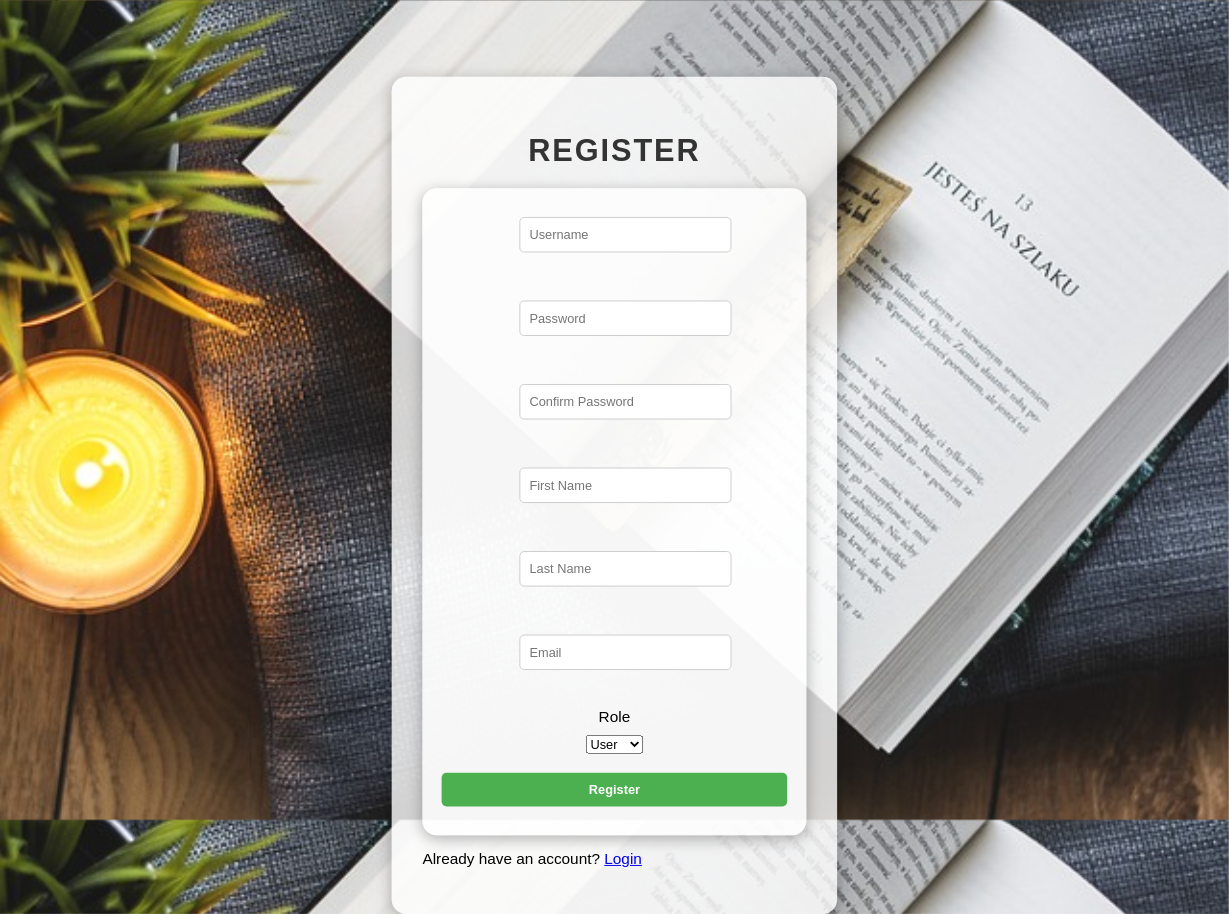
Repository: pavitrapai10/Library_Management_System
Page: http://localhost/register.php
An editor plug-in stored every save of this project. The page is shown before and after a run of saves, followed by the edit.
The browser window is 1280 px wide. The pictures show the whole page, at 96% of full size.
Backgrounds fixed to the window are drawn as part of the page. The page is run by PHP 8.4 with error messages shown; the project is at /var/www/html/.

Above is the page before, as saved 2025-02-06 10:57:04.

### register.php
<?php
include 'db.php';
$error = '';

if ($_SERVER['REQUEST_METHOD'] == 'POST') {
    $username = trim($_POST['username']);
    $password = trim($_POST['password']);
    $confirmPassword = trim($_POST['confirmPassword']);
    $first_name = trim($_POST['first_name']);
    $last_name = trim($_POST['last_name']);
    $email = trim($_POST['email']);
    $role_name = trim($_POST['role']);

    // Get the role ID based on role name
    $role_query = $conn->prepare("SELECT id FROM roles WHERE role_name = ?");
    $role_query->bind_param("s", $role_name);
    $role_query->execute();
    $role_query->store_result();
    $role_query->bind_result($id);
    $role_query->fetch();

    if (!$id) {
        $error = "Invalid role selected.";
    }

    // Server-side email validation
    if (!filter_var($email, FILTER_VALIDATE_EMAIL) || !preg_match('/@gmail\.com$/', $email)) {
        $error = "Please enter a valid Gmail address (e.g., example@gmail.com).";
    }

    // Server-side password validation
    if (strlen($password) < 8 ||
        !preg_match('/[A-Z]/', $password) ||
        !preg_match('/[a-z]/', $password) ||
        !preg_match('/\d/', $password) ||
        !preg_match('/[@$!%*?&]/', $password)) {
        $error = "Password must be at least 8 characters long, contain an uppercase letter, a lowercase letter, a number, and a special character.";
    } elseif ($password !== $confirmPassword) {
        $error = "Passwords do not match.";
    }

    if (empty($error)) {
        $hashedPassword = password_hash($password, PASSWORD_DEFAULT);

        $query = "INSERT INTO borrowers (username, password, first_name, last_name, email, created_at, role_id)
                  VALUES (?, ?, ?, ?, ?, NOW(), ?)";
        $stmt = $conn->prepare($query);

        if ($stmt) {
            $stmt->bind_param("sssssi", $username, $hashedPassword, $first_name, $last_name, $email, $id);

            try {
                $stmt->execute();
                header('Location: login.php');
                exit();
            } catch (mysqli_sql_exception $e) {
                if (strpos($e->getMessage(), "for key 'borrowers.username'") !== false) {
                    $error = "Username already exists. Please choose a different one.";
                } elseif (strpos($e->getMessage(), "for key 'borrowers.email'") !== false) {
                    $error = "Email already exists. Please use a different one.";
                } else {
                    $error = "Failed to register user. Please try again.";
                }
            }
        } else {
            $error = "Failed to prepare the statement. Please contact support.";
        }
    }
}
?>

<!DOCTYPE html>
<html lang="en">
<head>
    <meta charset="UTF-8">
    <meta name="viewport" content="width=device-width, initial-scale=1.0">
    <title>Register - Library Management</title>
    <link rel="stylesheet" href="style.css">
</head>
<body>
    <div class="form-container">
        <h2>Register</h2>
        <form id="registerForm" method="POST" action="">
            <div class="input-group">
                <input type="text" name="username" id="username" placeholder="Username" required>
                <span class="error-message"></span>
            </div>
            <div class="input-group">
                <input type="password" name="password" id="password" placeholder="Password" required>
                <span class="error-message"></span>
            </div>
            <div class="input-group">
                <input type="password" name="confirmPassword" id="confirmPassword" placeholder="Confirm Password" required>
                <span class="error-message"></span>
            </div>
            <div class="input-group">
                <input type="text" name="first_name" placeholder="First Name" required>
                <span class="error-message"></span>
            </div>
            <div class="input-group">
                <input type="text" name="last_name" placeholder="Last Name" required>
                <span class="error-message"></span>
            </div>
            <div class="input-group">
                <input type="email" name="email" placeholder="Email" required>
                <span class="error-message"></span>
            </div>
            <label for="role">Role</label>
            <select name="role" id="role" required>
                <option value="user">User</option>
                <option value="admin">Admin</option>
            </select>
            <button type="submit">Register</button>
        </form>
        <div id="globalErrorContainer" class="error-container">
            <?php if (!empty($error)): ?>
                <span class="error-message"><?php echo htmlspecialchars($error); ?></span>
            <?php endif; ?>
        </div>
        <p>Already have an account? <a href="login.php">Login</a></p>
    </div>
    <script src="script.js"></script>
</body>
</html>

### db.php

<?php
$servername = "localhost";
$username = "root";
$password = ""; // Empty if there's no password set
$dbname = "library_management";

// Create connection
$conn = new mysqli($servername, $username, $password, $dbname);

// Check connection and suppress any errors
if ($conn->connect_error) {
    // You can log the error instead of displaying it, e.g., error_log($conn->connect_error);
    die();  // Do not display any error message, but stop further execution
}
?>

### style.css
/* General Body Style (for all pages) */
body {
    font-family: 'Poppins', Arial, sans-serif;
    background: url('img/image.jpg') no-repeat center center fixed;
    background-size: cover;
    height: 100vh;
    margin: 0;
    padding: 0;
    overflow-x: hidden;
    animation: fadeIn 1.5s ease-in-out;

}

/* Fade-in animation for the body */
@keyframes fadeIn {
    from {
        opacity: 0;
    }
    to {
        opacity: 1;
    }
}

/* Header Styling for All Pages */
/* Updated Header Styling for Button Layout */
header {
    background: rgba(76, 175, 80, 0.9);
    color: #fff;
    padding: 1rem 20px;
    display: flex;
    align-items: center;
    justify-content: space-between;
    position: sticky;
    top: 0;
    z-index: 10;
    box-shadow: 0 2px 5px rgba(0, 0, 0, 0.2);
}

.backtobooks-button {
    color: #fff;
    text-decoration: none;
    font-size: 1rem;
    border: 1px solid white;
    padding: 5px 10px;
    border-radius: 5px;
    background: #4CAF50;
    transition: background 0.3s ease, color 0.3s ease;
}

.backtobooks-button:hover {
    background: white;
    color: #4CAF50;
}
.backtoadmin-button {
    color: #fff;
    text-decoration: none;
    font-size: 1rem;
    border: 1px solid white;
    padding: 5px 10px;
    border-radius: 5px;
    background: #4CAF50;
    transition: background 0.3s ease, color 0.3s ease;
}

.backtoadmin-button:hover {
    background: white;
    color: #4CAF50;
}

.header-content {
    display: flex;
    justify-content: space-evenly;
    align-items: center;
    width: 100%;
}

.left-buttons {
    display: flex;
    gap: 15px;
}

.right-buttons {
    margin-left: auto;
}

.logout-button {
    color: #fff;
    text-decoration: none;
    font-size: 1rem;
    border: 1px solid white;
    padding: 5px 10px;
    border-radius: 5px;
    transition: background 0.3s ease, color 0.3s ease;
}

.add-books-button,
.borrow-button,
.log-button,
.borrowbook-button {
    color: #fff;
    text-decoration: none;
    font-size: 1rem;
    border: 1px solid white;
    padding: 5px 10px;
    border-radius: 5px;
    background: #4CAF50;
    transition: background 0.3s ease, color 0.3s ease;
}

.logout-button:hover,
.add-books-button:hover,
.borrow-button:hover,
.log-button:hover,
.borrowbook-button:hover {
    background: white;
    color: #4CAF50;
}
header .backtobooks-button:hover {
    background: white;
    color: #4CAF50;
}
header .backtoadmin-button:hover {
    background: white;
    color: #4CAF50;
}




/* Form Container Styling for Login and Register */
.form-container {
    background: rgba(255, 255, 255, 0.8); /* White background with transparency */
    max-width: 400px;
    width: 90%;
    margin: 5rem auto;
    padding: 2rem;
    box-shadow: 0 4px 15px rgba(0, 0, 0, 0.3); /* Deeper shadow for better effect */
    border-radius: 15px;
    transition: transform 0.3s ease-in-out, box-shadow 0.3s ease-in-out;
}

.form-container:hover {
    transform: scale(1.03);
    box-shadow: 0 6px 20px rgba(0, 0, 0, 0.4);
}

/* Input and Button Styling for Forms */
input, button {
    width: 100%;
    padding: 10px;
    margin: 10px 0;
    border: 1px solid #ccc;
    border-radius: 5px;
    transition: all 0.3s ease;
}

input:focus {
    outline: none;
    border: 1px solid #4CAF50;
    box-shadow: 0 0 10px rgba(76, 175, 80, 0.5);
}

button {
    background: #4CAF50;
    color: #fff;
    border: none;
    cursor: pointer;
    font-weight: bold;
}

button:hover {
    background: #45a049;
    box-shadow: 0 2px 10px rgba(76, 175, 80, 0.4);
    transform: scale(1.05);
}

/* Ensure that form elements are centered */
form {
    display: flex;
    flex-direction: column;
    align-items: center;
    gap: 10px; /* Add spacing between form elements */
}

/* Heading Styling for Login, Register, Edit */
h2 {
    text-align: center;
    font-size: 2rem;
    margin-bottom: 20px;
    color: #333;
    text-transform: uppercase;
    letter-spacing: 2px;
    animation: fadeIn 1.5s ease-in-out;
}

/* Admin Page Styling */
#admin-page {
    display: flex;
    justify-content: center;
    align-items: center;
    flex-direction: column;
    padding: 20px;
    box-sizing: border-box;
    min-height: 80vh; /* Ensures the content stays centered vertically */
    margin: 0 auto;
}

#admin-page table {
    width: 60%; /* Slightly narrower to ensure spaciousness */
    max-width: 200px; /* Limit maximum width */
    margin: 0 auto; /* Center the table horizontally */
    border-collapse: collapse;
    background: white;
    box-shadow: 0 4px 15px rgba(0, 0, 0, 0.2);
    border-radius: 8px;
    overflow: hidden; /* Clip any overflow for smooth rounded corners */
    animation: zoomIn 0.8s ease-in-out;
}

@keyframes zoomIn {
    from {
        transform: scale(0.9);
        opacity: 0;
    }
    to {
        transform: scale(1);
        opacity: 1;
    }
}

#admin-page th,
#admin-page td {
    padding: 20px; /* Increased padding for better readability */
    text-align: left;
    border: 1px solid #ddd;
    font-size: 16px; /* Consistent font size */
}

#admin-page th {
    background-color: #4CAF50;
    color: white;
    text-transform: uppercase;
    letter-spacing: 1px;
    font-weight: bold;
}

#admin-page tr:nth-child(even) {
    background-color: #f9f9f9;
}

#admin-page tr:hover {
    background-color: #f1f1f1;
    transform: scale(1.01);
    transition: transform 0.2s ease, background-color 0.2s ease;
}

/* Adjust the header and footer styles within the admin page */
header {
    display: flex;
    justify-content: space-between;
    align-items: center;
    background-color: #4CAF50;
    color: white;
    padding: 15px 20px;
    box-shadow: 0 2px 5px rgba(0, 0, 0, 0.2);
}

footer {
    text-align: center;
    margin-top: 20px;
    padding: 10px;
    background: #4CAF50;
    color: rgb(255, 255, 255);
    position: relative;
    width: 100%;
    box-shadow: 0 -2px 5px rgba(0, 0, 0, 0.1);
}



/* Responsive Adjustments */
@media (max-width: 768px) {
    #admin-page table {
        width: 95%;
    }

    #admin-page th,
    #admin-page td {
        font-size: 14px;
        padding: 12px;
    }
}






/* Books Page Table Styling */
#books-page table {
    width: 100%;
    margin: 20px 0;
    border-collapse: collapse;
    background: rgba(255, 255, 255, 0.95); /* Solid white background for books table */
    box-shadow: 0 4px 15px rgba(0, 0, 0, 0.2);
    transition: box-shadow 0.3s ease-in-out;
}

#books-page table:hover {
    box-shadow: 0 6px 20px rgba(0, 0, 0, 0.3);
}

#books-page th, #books-page td {
    padding: 12px;
    text-align: left;
    border: 1px solid #ddd;
}

#books-page th {
    background-color: #4CAF50;
    color: white;
}

/* Form Styling */
form {
    background: rgba(255, 255, 255, 0.8);
    padding: 20px;
    border-radius: 15px;
    box-shadow: 0 4px 15px rgba(0, 0, 0, 0.3);
}

form input, form button {
    margin: 10px 0;
    padding: 10px;
    width: 100%;
    border-radius: 5px;
}

form button:hover {
    background-color: #45a049;
    transform: scale(1.05);
}







/* Logs Table Styling */
table {
    width: 80%;
    margin: 20px auto;
    border-collapse: collapse;
    box-shadow: 0 4px 8px rgba(0, 0, 0, 0.2);
}

table th, table td {
    padding: 12px 15px;
    text-align: left;
    border: 1px solid #ddd;
}

table th {
    background-color: #4CAF50;
    color: white;
}

table tr:nth-child(even) {
    background-color: #e6e6e6; /* Solid light gray background */
}

table tr:nth-child(odd) {
    background-color: white; /* Solid white background for odd rows */
}

table tr:hover {
    background-color: #d1d1d1; /* Slightly darker gray for hover */
}

/* Close Button Styling */
.close-button {
    background-color: #f44336; /* Red background */
    color: white;
    padding: 10px 15px; /* Adjusted padding for a balanced look */
    border: none;
    border-radius: 5px;
    cursor: pointer;
    font-size: 14px;
    font-weight: bold;
    text-transform: uppercase;
    transition: background-color 0.3s ease, transform 0.2s ease;
    margin-left: 10px; /* Adds spacing if placed next to other buttons */
    display: inline-block; /* Ensures consistent alignment */
}

.close-button:hover {
    background-color: #e53935; /* Darker red on hover */
    transform: scale(1.05); /* Slight zoom effect on hover */
    box-shadow: 0 4px 10px rgba(229, 57, 53, 0.4); /* Adds a subtle shadow */
}

.close-button:active {
    transform: scale(0.95); /* Pressed effect */
    background-color: #d32f2f; /* Slightly darker red for active state */
}

/* Common button styles */

.edbutton {
    display: inline-block;
    padding: 6px 12px;
    font-size: 14px;
    border: none;
    border-radius: 4px;
    text-decoration: none;
    cursor: pointer;
    color: white;
}

/* Admin button styles */
.edit-button {
    background-color: #4CAF50;
}

.delete-button {
    background-color: #f44336;
}

/* Disabled button */
.disabled-button {
    background-color: #cccccc;
    color: #666666;
    cursor: not-allowed;
}

/* Regular user self-edit button with distinct color */
.self-edit-button {
    background-color: #2196F3;
    color: white;
    font-style: italic;
}

/* Hover effect for all active buttons */
.edbutton:hover:not(.disabled-button) {
    opacity: 0.8;
}

.error-message {
    color: red;
    font-size: 0.9em;
    margin-top: 5px;
    display: block;
}

.error-container {
    background-color: #f8d7da;
    color: #842029;
    border: 1px solid #f5c2c7;
    padding: 10px;
    border-radius: 5px;
    margin-top: 10px;
    display: none;
}

.input-group {
    margin-bottom: 15px;
}

### script.js
document.addEventListener('DOMContentLoaded', function () {

    // Validate the registration form before submitting
    const registerForm = document.getElementById('registerForm');
    if (registerForm) {
        registerForm.addEventListener('submit', function (event) {
            const username = document.getElementById('username').value.trim();
            const password = document.getElementById('password').value.trim();
            const confirmPassword = document.getElementById('confirmPassword').value.trim();
            const email = document.getElementById('email').value.trim();

            const usernameRegex = /^[a-zA-Z0-9]{4,20}$/;
            const passwordRegex = /^(?=.*[a-z])(?=.*[A-Z])(?=.*\d)(?=.*[@$!%*?&])[A-Za-z\d@$!%*?&]{8,}$/;
            const emailRegex = /^[a-zA-Z0-9._%+-]+@gmail\.com$/;

            // Username validation
            if (!usernameRegex.test(username)) {
                alert("Username must be 4-20 characters long and contain only letters and numbers.");
                event.preventDefault();
            }
            // Email validation
            else if (!emailRegex.test(email)) {
                alert("Please enter a valid Gmail address (e.g., example@gmail.com).");
                event.preventDefault();
            }
            // Password validation
            else if (!passwordRegex.test(password)) {
                alert("Password must be at least 8 characters long and contain at least one uppercase letter, one lowercase letter, one number, and one special character.");
                event.preventDefault();
            }
            // Confirm password validation
            else if (password !== confirmPassword) {
                alert("Passwords do not match!");
                event.preventDefault();
            }
        });
    }

    // Validate the login form before submitting
    const loginForm = document.getElementById('loginForm');
    if (loginForm) {
        loginForm.addEventListener('submit', function (event) {
            const username = document.getElementById('username').value.trim();
            const password = document.getElementById('password').value.trim();

            if (username === '' || password === '') {
                alert("Both fields are required!");
                event.preventDefault();
            }
        });
    }

    // Show/hide additional form fields based on user selection
    const userTypeSelect = document.getElementById('userType');
    if (userTypeSelect) {
        userTypeSelect.addEventListener('change', function () {
            const userType = this.value;
            const adminSection = document.getElementById('adminSection');
            if (adminSection) {
                if (userType === 'Admin') {
                    adminSection.style.display = 'block';
                } else {
                    adminSection.style.display = 'none';
                }
            }
        });
    }

    // Example for smooth scroll to a section
    const scrollButton = document.querySelector('.scroll-to-form');
    if (scrollButton) {
        scrollButton.addEventListener('click', function () {
            const formContainer = document.querySelector('.form-container');
            if (formContainer) {
                formContainer.scrollIntoView({ behavior: 'smooth' });
            }
        });
    }




});

After the next 2 saves:
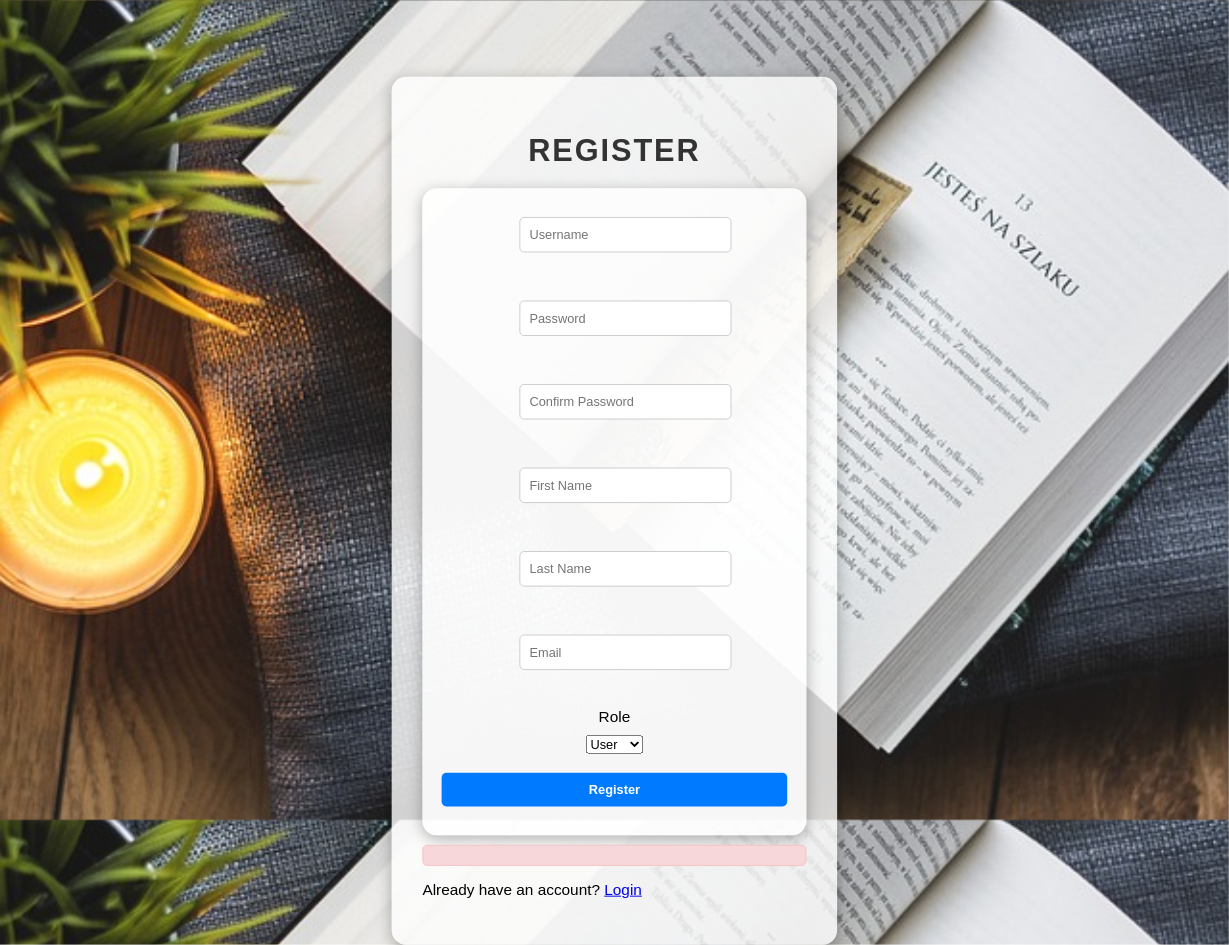
The 2 saves are shown as one change because they came seconds apart.
The last was saved 18 s later.
--- a/style.css
+++ b/style.css
@@ -445,7 +445,6 @@ table tr:hover {
 .edbutton:hover:not(.disabled-button) {
     opacity: 0.8;
 }
-
 .error-message {
     color: red;
     font-size: 0.9em;
@@ -460,9 +459,21 @@ table tr:hover {
     padding: 10px;
     border-radius: 5px;
     margin-top: 10px;
-    display: none;
 }
 
 .input-group {
     margin-bottom: 15px;
 }
+
+button {
+    background-color: #007bff;
+    color: white;
+    padding: 10px 20px;
+    border: none;
+    border-radius: 5px;
+    cursor: pointer;
+}
+
+button:hover {
+    background-color: #0056b3;
+}
